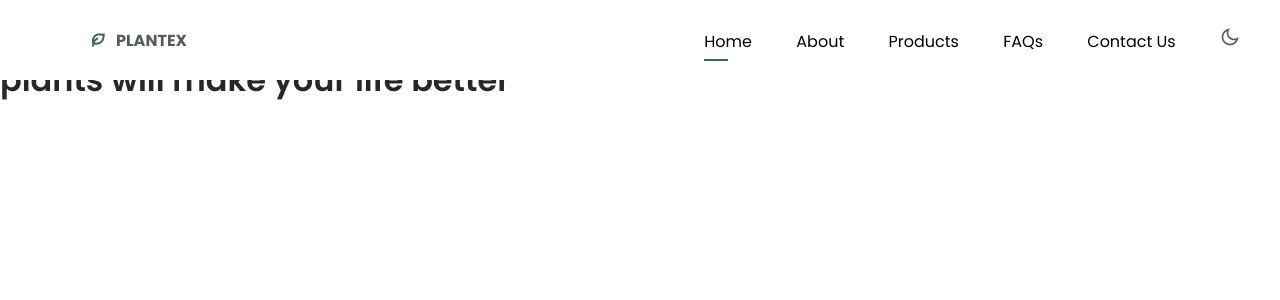
Repository: OmniaRafat232111121/plantwebsite
Page: index.html
These files come from the project's save history. The page is drawn as it stood at one moment and after the next save; the edit follows.
The browser window is 1280 px wide. The pictures show the whole page.

Above is the page before, as saved 2023-01-04 16:22:35.

After the next save:
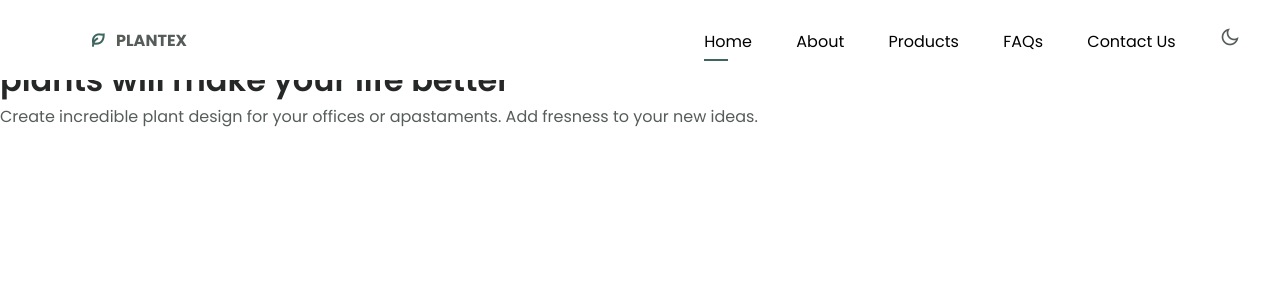
Saved 13 s later.
--- a/index.html
+++ b/index.html
@@ -68,7 +68,7 @@
         <div class="home-container">
             <div class="left-content">
                 <h1>plants will make your life better</h1>
-
+                <p>Create incredible plant design for your offices or apastaments. Add fresness to your new ideas.</p>
             </div>
             <div class="right-content">
 
